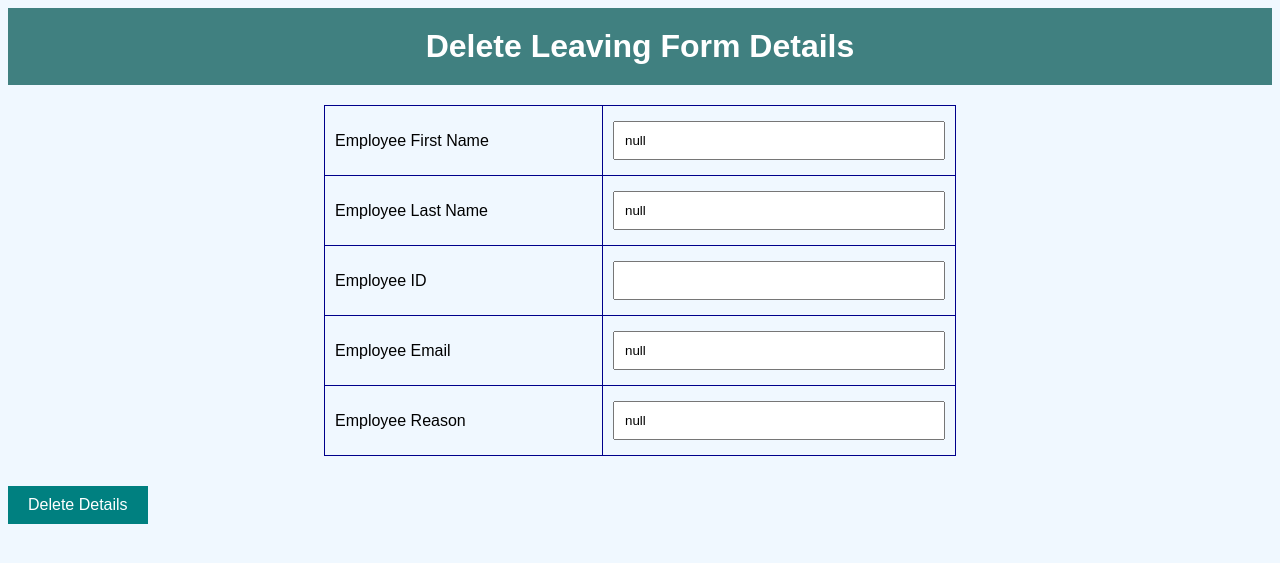
Repository: nishadi-s/Online-Staff-Management-System
Page: http://localhost/LeavingEmp/deleteEmp.jsp
These files come from the project's save history. The page is drawn as it stood at one moment and after the next save; the edit follows.
The browser window is 1280 px wide. The pictures show the whole page.
The page is served by Tomcat 9. Other server files are loaded and not shown.

Above is the page before, as saved 2023-10-25 12:52:23.

### LeavingEmp/src/main/webapp/deleteEmp.jsp
<%@ page language="java" contentType="text/html; charset=ISO-8859-1"
    pageEncoding="ISO-8859-1"%>
<!DOCTYPE html>
<html>
<head>
<meta charset="ISO-8859-1">
<title>Delete Details</title>
<link rel="stylesheet" href="deleteEmp.css">
</head>
<body>

<%
String f_name=request.getParameter("fname");
String l_name=request.getParameter("lname");
String u_id=request.getParameter("id");
String e_email=request.getParameter("eemail");
String e_reason=request.getParameter("ereason");
%>

<div class="header">
<h1>  Delete Leaving Form Details</h1>
</div>

<form action="delete" method= "post">
<table>
<tr>
<td>Employee First Name</td>
<td> <input type="text" class="form-label"class="form-control" name="fname" value="<%= f_name %>"readonly> </td>
</tr>

<tr>
<td>Employee Last Name</td>
<td> <input type="text" class="form-label"class="form-control" name="lname" value="<%= l_name %>"readonly> </td>
</tr>

<tr>
<td>Employee ID </td>
<td><input type="number" class="form-label" class="form-control"  name="id" value="<%= u_id %>"readonly></td>
 </tr>

 <tr>
<td>Employee Email </td>
<td><input type="email"  class="form-label" class="form-control" name="eemail" value="<%= e_email %>"readonly> </td>
</tr>

<tr>
<td>Employee Reason</td>
<td> <input type="text" class="form-label" class="form-control" name="ereason" value="<%= e_reason %>"readonly> </td>
</tr>
</table>
<input type="submit" class="btn-primary"  name="submit" value="Delete Details"> <br>

</form>

</body>
</html>

### LeavingEmp/src/main/webapp/deleteEmp.css
@charset "ISO-8859-1";

/* Add this CSS to your deleteEmp.css file */
body {
    font-family: Arial, sans-serif;
    background-color: #f0f8ff; /* Light Blue background */
}

.header {
    text-align: center;
    background-color: rgb(64, 128, 128); /* Dark Blue Header */
    color: #ffffff;
    padding: 20px;
}

h1 {
    margin: 0;
}

table {
    margin: 20px auto;
    border-collapse: collapse;
    width: 50%;
}

table, th, td {
    border: 1px solid #00008b;
}

th, td {
    padding: 10px;
    text-align: left;
}

th {
    background-color: rgb(0, 128, 128);
    color: white;
}

input[type="text"],
input[type="number"],
input[type="email"] {
    width: 100%;
    padding: 10px;
    margin: 5px 0;
    box-sizing: border-box;
}

input[type="submit"] {
    background-color: rgb(0, 128, 128);
    color: #ffffff;
    padding: 10px 20px;
    border: none;
    cursor: pointer;
    font-size: 16px;
    margin-top: 10px;
}

input[type="submit"]:hover {
    background-color: rgb(128, 128, 255); /* Darker Blue on hover */
}

After the next save:
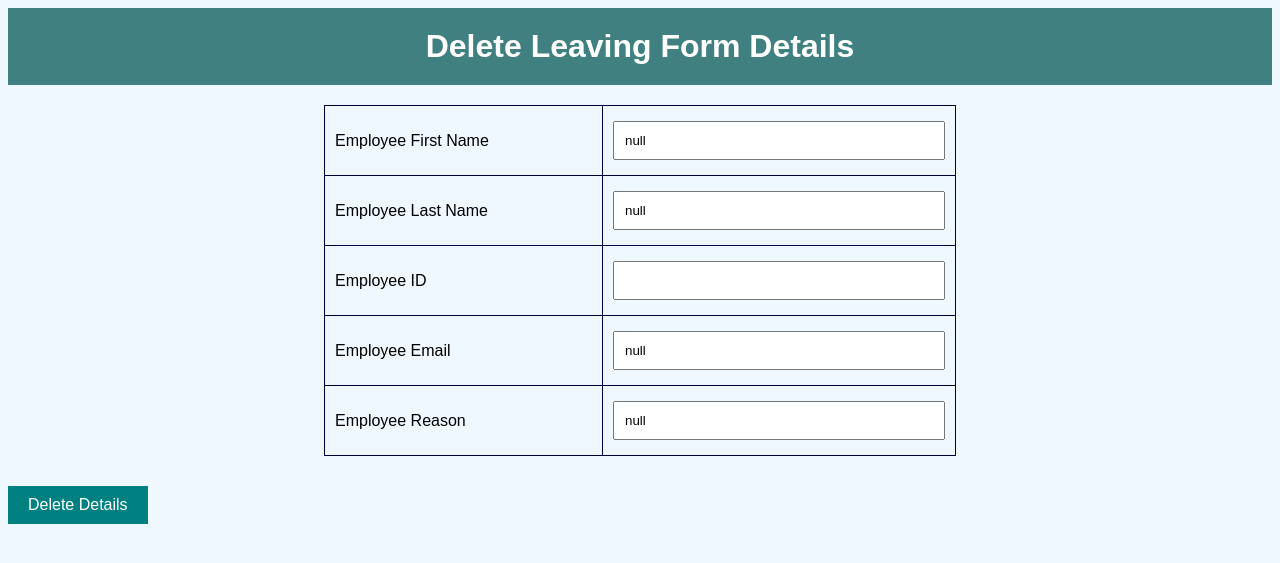
Saved 38 s later.
--- a/LeavingEmp/src/main/webapp/deleteEmp.css
+++ b/LeavingEmp/src/main/webapp/deleteEmp.css
@@ -24,7 +24,7 @@ table {
 }
 
 table, th, td {
-    border: 1px solid #00008b;
+    border: 1px solid rgb(0, 0, 64);
 }
 
 th, td {
